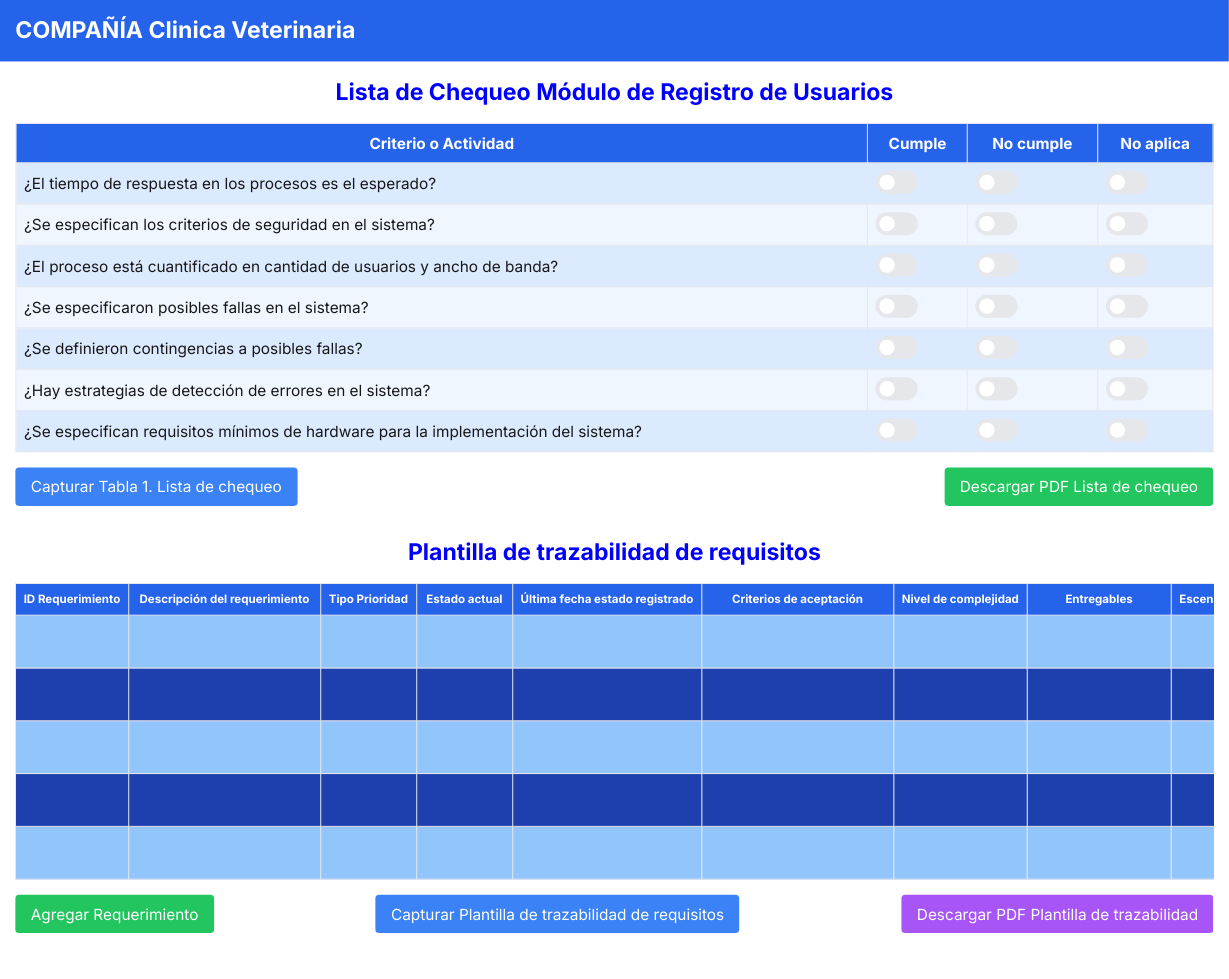
Repository: CiroAlfa/lista-de-Chequeo
Page: /
These files come from the project's save history. The page is drawn as it stood at one moment and after the next save; the edit follows.
The browser window is 1280 px wide. The pictures show the whole page, at 96% of full size.
The project was rebuilt for these pictures with package versions that can differ from the ones it lists, and the page was loaded fresh each time. The framework's server and built-in components were replaced by stand-ins that run in the browser. Also part of the build but not shown: next.config.mjs.

Above is the page before, as saved 2024-09-27 14:41:59.

### src/app/layout.tsx
import './globals.css'
import type { Metadata } from 'next'
import { Inter } from 'next/font/google'

const inter = Inter({ subsets: ['latin'] })

export const metadata: Metadata = {
  title: 'Checklist App - Clinica Veterinaria',
  description: 'Aplicación de chequeo y trazabilidad de requisitos',
}

export default function RootLayout({
  children,
}: {
  children: React.ReactNode
}) {
  return (
    <html lang="es">
      <body className={inter.className}>
        <header className="bg-blue-600 text-white p-4">
          <h1 className="text-2xl font-bold">COMPAÑÍA Clinica Veterinaria</h1>
        </header>
        {children}
      </body>
    </html>
  )
}

### src/app/page.tsx
'use client'

import { useState, useRef } from 'react'
import { Switch } from '@headlessui/react'
import html2canvas from 'html2canvas'
import jsPDF from 'jspdf'

interface ChecklistItem {
  id: number
  criteria: string
  cumple: boolean
  noCumple: boolean
  noAplica: boolean
}

interface RequirementItem {
  id: string
  description: string
  priority: string
  status: string
  lastUpdated: string
  acceptanceCriteria: string
  complexity: string
  deliverables: string
  testScenarios: string
  stakeholder: string
}

const initialChecklist: ChecklistItem[] = [
  { id: 1, criteria: '¿El tiempo de respuesta en los procesos es el esperado?', cumple: false, noCumple: false, noAplica: false },
  { id: 2, criteria: '¿Se especifican los criterios de seguridad en el sistema?', cumple: false, noCumple: false, noAplica: false },
  { id: 3, criteria: '¿El proceso está cuantificado en cantidad de usuarios y ancho de banda?', cumple: false, noCumple: false, noAplica: false },
  { id: 4, criteria: '¿Se especificaron posibles fallas en el sistema?', cumple: false, noCumple: false, noAplica: false },
  { id: 5, criteria: '¿Se definieron contingencias a posibles fallas?', cumple: false, noCumple: false, noAplica: false },
  { id: 6, criteria: '¿Hay estrategias de detección de errores en el sistema?', cumple: false, noCumple: false, noAplica: false },
  { id: 7, criteria: '¿Se especifican requisitos mínimos de hardware para la implementación del sistema?', cumple: false, noCumple: false, noAplica: false },
]

const initialRequirements: RequirementItem[] = Array(5).fill(null).map((_, index) => ({
  id: ``,
  description: '',
  priority: '',
  status: '',
  lastUpdated: '',
  acceptanceCriteria: '',
  complexity: '',
  deliverables: '',
  testScenarios: '',
  stakeholder: '',
}))

export default function Home() {
  const [checklist, setChecklist] = useState<ChecklistItem[]>(initialChecklist)
  const [requirements, setRequirements] = useState<RequirementItem[]>(initialRequirements)
  const tableRef = useRef<HTMLDivElement>(null)

  const handleChecklistChange = (id: number, field: 'cumple' | 'noCumple' | 'noAplica') => {
    setChecklist(checklist.map(item => {
      if (item.id === id) {
        const newItem = { ...item, [field]: !item[field] }
        if (newItem[field]) {
          newItem.cumple = field === 'cumple'
          newItem.noCumple = field === 'noCumple'
          newItem.noAplica = field === 'noAplica'
        }
        return newItem
      }
      return item
    }))
  }

  const handleRequirementChange = (index: number, field: keyof RequirementItem, value: string) => {
    setRequirements(requirements.map((item, i) =>
      i === index ? { ...item, [field]: value } : item
    ))
  }

  const addRequirement = () => {
    setRequirements([...requirements, {
      id: '',
      description: '',
      priority: '',
      status: '',
      lastUpdated: '',
      acceptanceCriteria: '',
      complexity: '',
      deliverables: '',
      testScenarios: '',
      stakeholder: '',
    }])
  }

  const captureScreenshot = async (elementId: string, fileName: string) => {
    const element = document.getElementById(elementId)
    if (element && tableRef.current) {
      const canvas = await html2canvas(element, {
        scrollX: -window.scrollX,
        scrollY: -window.scrollY,
        width: tableRef.current.scrollWidth,
        height: tableRef.current.scrollHeight,
        windowWidth: tableRef.current.scrollWidth,
        windowHeight: tableRef.current.scrollHeight
      })
      const image = canvas.toDataURL('image/png')
      const link = document.createElement('a')
      link.href = image
      link.download = fileName
      link.click()
    }
  }

  const generatePDF = async (elementId: string, fileName: string) => {
    const element = document.getElementById(elementId)
    if (element) {
      const canvas = await html2canvas(element, {
        scale: 1,
        useCORS: true,
      })
      const imgData = canvas.toDataURL('image/png')
      const pdf = new jsPDF({
        orientation: 'landscape',
        unit: 'px',
        format: [canvas.width, canvas.height]
      })
      pdf.addImage(imgData, 'PNG', 0, 0, canvas.width, canvas.height)
      pdf.save(fileName)
    }
  }

  return (
    <main className="container mx-auto p-4">
      <div className="mb-8" id="checklist-table">
        <h2 className="text-2xl font-bold mb-4 text-center"style={{ color: 'blue' }}>Lista de Chequeo Módulo de Registro de Usuarios</h2>
        <table className="w-full border-collapse">
          <thead>
            <tr className="bg-blue-600 text-white">
              <th className="border p-2">Criterio o Actividad</th>
              <th className="border p-2">Cumple</th>
              <th className="border p-2">No cumple</th>
              <th className="border p-2">No aplica</th>
            </tr>
          </thead>
          <tbody>
            {checklist.map((item, index) => (
              <tr key={item.id} className={index % 2 === 0 ? 'bg-blue-100' : 'bg-blue-50'}>
                <td className="border p-2">{item.criteria}</td>
                <td className="border p-2">
                  <Switch
                    checked={item.cumple}
                    onChange={() => handleChecklistChange(item.id, 'cumple')}
                    className={`${item.cumple ? 'bg-blue-600' : 'bg-gray-200'} relative inline-flex h-6 w-11 items-center rounded-full`}
                  >
                    <span className={`${item.cumple ? 'translate-x-6' : 'translate-x-1'} inline-block h-4 w-4 transform rounded-full bg-white transition`} />
                  </Switch>
                </td>
                <td className="border p-2">
                  <Switch
                    checked={item.noCumple}
                    onChange={() => handleChecklistChange(item.id, 'noCumple')}
                    className={`${item.noCumple ? 'bg-blue-600' : 'bg-gray-200'} relative inline-flex h-6 w-11 items-center rounded-full`}
                  >
                    <span className={`${item.noCumple ? 'translate-x-6' : 'translate-x-1'} inline-block h-4 w-4 transform rounded-full bg-white transition`} />
                  </Switch>
                </td>
                <td className="border p-2">
                  <Switch
                    checked={item.noAplica}
                    onChange={() => handleChecklistChange(item.id, 'noAplica')}
                    className={`${item.noAplica ? 'bg-blue-600' : 'bg-gray-200'} relative inline-flex h-6 w-11 items-center rounded-full`}
                  >
                    <span className={`${item.noAplica ? 'translate-x-6' : 'translate-x-1'} inline-block h-4 w-4 transform rounded-full bg-white transition`} />
                  </Switch>
                </td>
              </tr>
            ))}
          </tbody>
        </table>
        <div className="mt-4 flex justify-between">
          <button
            onClick={() => captureScreenshot('checklist-table', 'lista-de-chequeo.png')}
            className="bg-blue-500 text-white px-4 py-2 rounded hover:bg-blue-600 transition-colors"
          >
            Capturar Tabla 1. Lista de chequeo
          </button>
          <button
            onClick={() => generatePDF('checklist-table', 'lista-de-chequeo.pdf')}
            className="bg-green-500 text-white px-4 py-2 rounded hover:bg-green-600 transition-colors"
          >
            Descargar PDF Lista de chequeo
          </button>
        </div>
      </div>

      <div className="mb-8" id="requirements-table">
        <h2 className="text-2xl font-bold mb-4 text-center" style={{ color: 'blue' }}>Plantilla de trazabilidad de requisitos</h2>
        <div className="overflow-x-auto" ref={tableRef}>
          <table className="w-full border-collapse">
            <thead>
              <tr className="bg-blue-600 text-white">
                <th className="border p-2 whitespace-nowrap text-xs">ID Requerimiento</th>
                <th className="border p-2 whitespace-nowrap text-xs">Descripción del requerimiento</th>
                <th className="border p-2 whitespace-nowrap text-xs">Tipo Prioridad</th>
                <th className="border p-2 whitespace-nowrap text-xs">Estado actual</th>
                <th className="border p-2 whitespace-nowrap text-xs">Última fecha estado registrado</th>
                <th className="border p-2 whitespace-nowrap text-xs">Criterios de aceptación</th>
                <th className="border p-2 whitespace-nowrap text-xs">Nivel de complejidad</th>
                <th className="border p-2 whitespace-nowrap text-xs">Entregables</th>
                <th className="border p-2 whitespace-nowrap text-xs">Escenarios de pruebas</th>
                <th className="border p-2 whitespace-nowrap text-xs">Interesado en el requisito</th>
              </tr>
            </thead>
            <tbody>
              {requirements.map((item, index) => (
                <tr key={index} className={index % 2 === 0 ? 'bg-blue-300' : 'bg-blue-800'}>
                  <td className="border p-2 min-w-[100px]">
                    <input
                      type="text"
                      value={item.id}
                      onChange={(e) => handleRequirementChange(index, 'id', e.target.value)}
                      className="w-full bg-transparent text-xs"
                    />
                  </td>
                  <td className="border p-2 min-w-[200px]">
                    <textarea
                      value={item.description}
                      onChange={(e) => handleRequirementChange(index, 'description', e.target.value)}
                      className="w-full bg-transparent text-xs resize-none overflow-hidden"
                      rows={2}
                      onInput={(e) => {
                        e.currentTarget.style.height = 'auto'
                        e.currentTarget.style.height = e.currentTarget.scrollHeight + 'px'
                      }}
                    />
                  </td>
                  <td className="border p-2 min-w-[100px]">
                    <input
                      type="text"
                      value={item.priority}
                      onChange={(e) => handleRequirementChange(index, 'priority', e.target.value)}
                      className="w-full bg-transparent text-xs"
                    />
                  </td>
                  <td className="border p-2 min-w-[100px]">
                    <input
                      type="text"
                      value={item.status}
                      onChange={(e) => handleRequirementChange(index, 'status', e.target.value)}
                      className="w-full bg-transparent text-xs"
                    />
                  </td>
                  <td className="border p-2 min-w-[120px]">
                    <input
                      type="text"
                      value={item.lastUpdated}
                      onChange={(e) => handleRequirementChange(index, 'lastUpdated', e.target.value)}
                      className="w-full bg-transparent text-xs"
                    />
                  </td>
                  <td className="border p-2 min-w-[200px]">
                    <textarea
                      value={item.acceptanceCriteria}
                      onChange={(e) => handleRequirementChange(index, 'acceptanceCriteria', e.target.value)}
                      className="w-full bg-transparent text-xs resize-none overflow-hidden"
                      rows={2}
                      onInput={(e) => {
                        e.currentTarget.style.height = 'auto'
                        e.currentTarget.style.height = e.currentTarget.scrollHeight + 'px'
                      }}
                    />
                  </td>
                  <td className="border p-2 min-w-[100px]">
                    <input
                      type="text"
                      value={item.complexity}
                      onChange={(e) => handleRequirementChange(index, 'complexity', e.target.value)}
                      className="w-full bg-transparent text-xs"
                    />
                  </td>
                  <td className="border p-2 min-w-[150px]">
                    <textarea
                      value={item.deliverables}
                      onChange={(e) => handleRequirementChange(index, 'deliverables', e.target.value)}
                      className="w-full bg-transparent text-xs resize-none overflow-hidden"
                      rows={2}
                      onInput={(e) => {
                        e.currentTarget.style.height = 'auto'
                        e.currentTarget.style.height = e.currentTarget.scrollHeight + 'px'
                      }}
                    />
                  </td>
                  <td className="border p-2 min-w-[150px]">
                    <textarea
                      value={item.testScenarios}
                      onChange={(e) => handleRequirementChange(index, 'testScenarios', e.target.value)}
                      className="w-full bg-transparent text-xs resize-none overflow-hidden"
                      rows={2}
                      onInput={(e) => {
                        e.currentTarget.style.height = 'auto'
                        e.currentTarget.style.height = e.currentTarget.scrollHeight + 'px'
                      }}
                    />
                  </td>
                  <td className="border p-2 min-w-[100px]">
                    <input
                      type="text"
                      value={item.stakeholder}
                      onChange={(e) => handleRequirementChange(index, 'stakeholder', e.target.value)}
                      className="w-full bg-transparent text-xs"
                    />
                  </td>
                </tr>
              ))}
            </tbody>
          </table>
        </div>
        <div className="mt-4 flex justify-between">
          <button
            onClick={addRequirement}
            className="bg-green-500 text-white px-4 py-2 rounded hover:bg-green-600 transition-colors"
          >
            Agregar Requerimiento
          </button>
          <button
            onClick={() => captureScreenshot('requirements-table', 'plantilla-trazabilidad-requisitos.png')}
            className="bg-blue-500 text-white px-4 py-2 rounded hover:bg-blue-600 transition-colors"
          >
            Capturar Plantilla de trazabilidad de requisitos
          </button>
          <button
            onClick={() => generatePDF('requirements-table', 'plantilla-trazabilidad-requisitos.pdf')}
            className="bg-purple-500 text-white px-4 py-2 rounded hover:bg-purple-600 transition-colors"
          >
            Descargar PDF Plantilla de trazabilidad
          </button>
        </div>
      </div>
    </main>
  )
}

Loaded but not shown: src/app/globals.css (common file); tailwind.config.ts (common file)

After the next save:
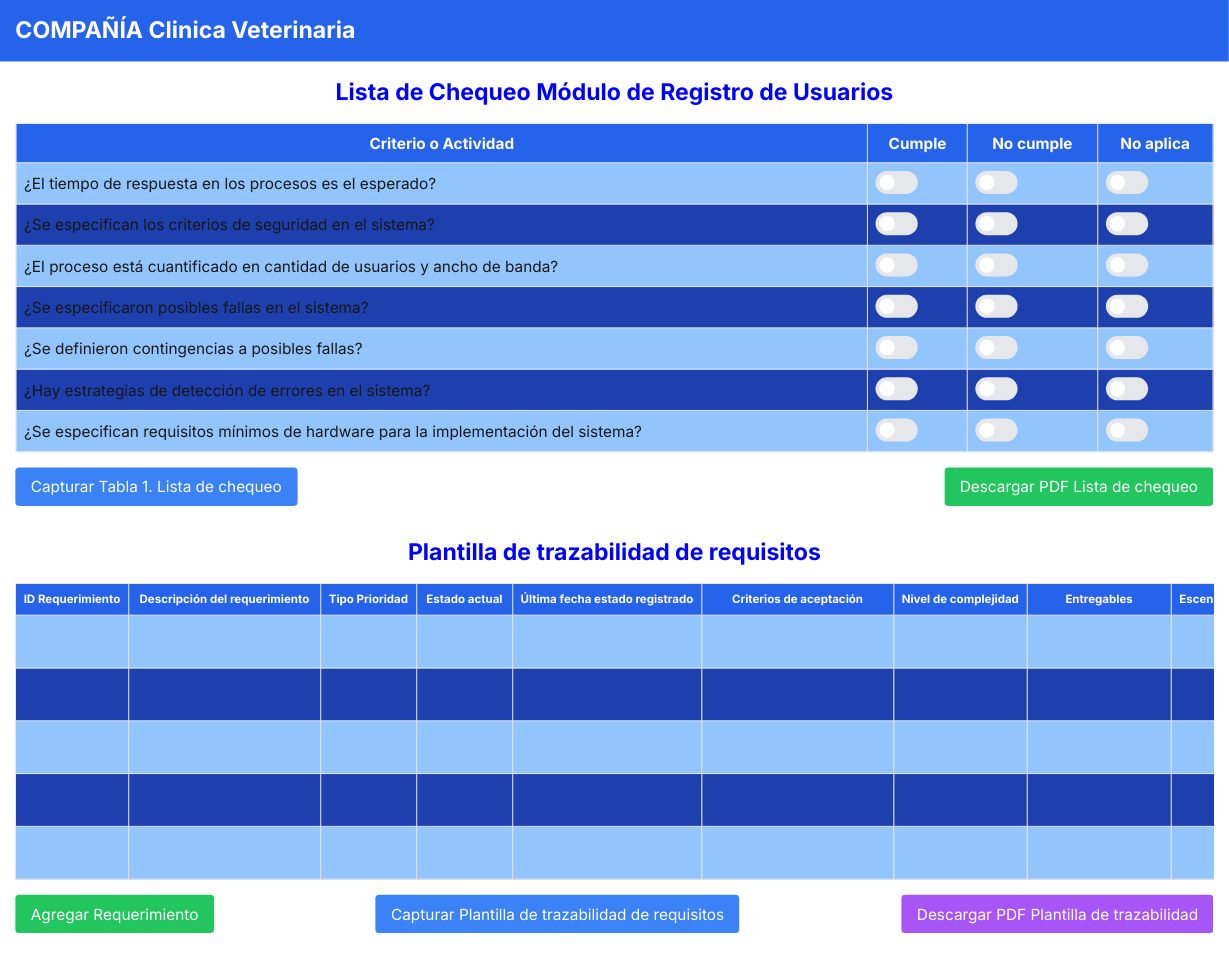
Saved 13 s later.
--- a/src/app/page.tsx
+++ b/src/app/page.tsx
@@ -142,7 +142,7 @@ export default function Home() {
           </thead>
           <tbody>
             {checklist.map((item, index) => (
-              <tr key={item.id} className={index % 2 === 0 ? 'bg-blue-100' : 'bg-blue-50'}>
+              <tr key={item.id} className={index % 2 === 0 ? 'bg-blue-300' : 'bg-blue-800'}>
                 <td className="border p-2">{item.criteria}</td>
                 <td className="border p-2">
                   <Switch
